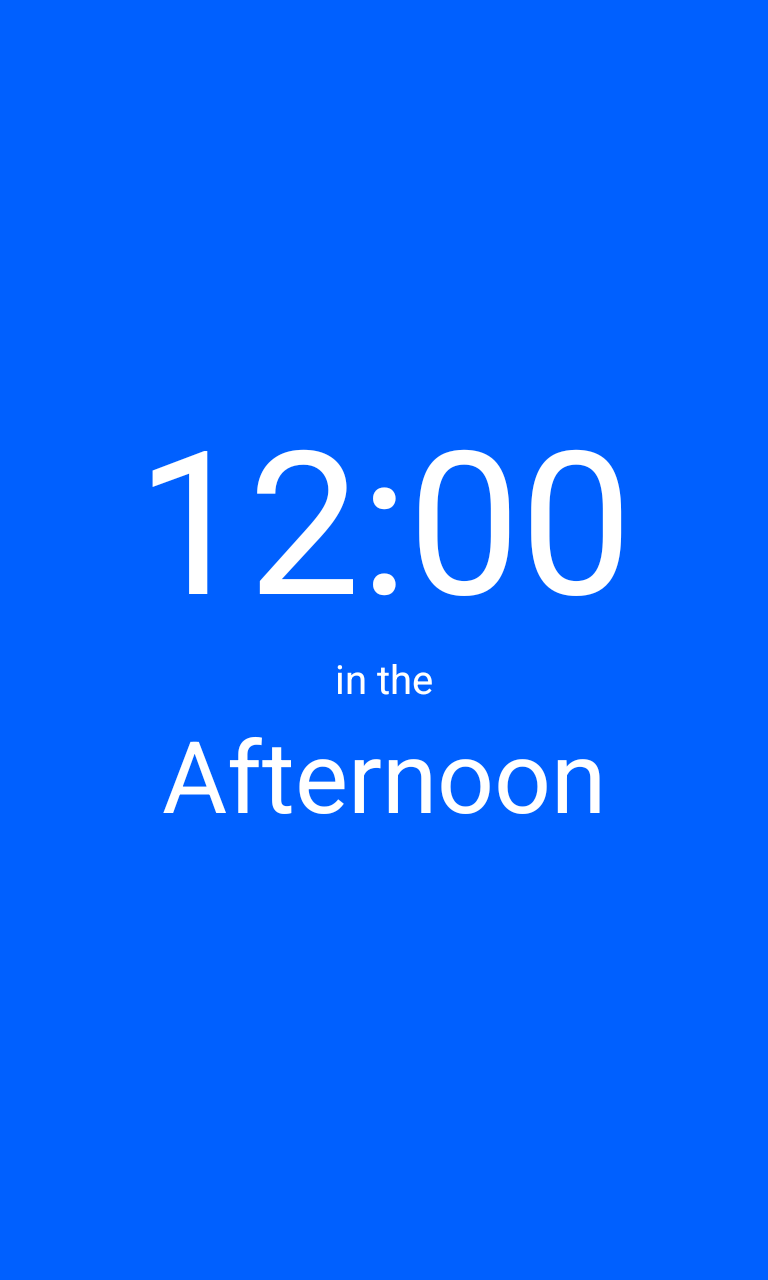
Repository: DinkyDetailsLLC/ADP2
Layout: WakeTimerforKids/res/layout/activity_main.xml
An editor plug-in stored every save of this project. The layout is shown before and after the next save, followed by the edit.
It is drawn on a 768 x 1280 px phone screen (xhdpi) without system bars, with theme AppTheme; the app's code is not run.

Above is the layout before, as saved 2014-02-12 05:48:43.

### WakeTimerforKids/res/layout/activity_main.xml
<RelativeLayout xmlns:android="http://schemas.android.com/apk/res/android"
    xmlns:tools="http://schemas.android.com/tools"
    android:layout_width="match_parent"
    android:layout_height="match_parent"
    android:background="@color/blue"
    android:paddingBottom="@dimen/activity_vertical_margin"
    android:paddingLeft="@dimen/activity_horizontal_margin"
    android:paddingRight="@dimen/activity_horizontal_margin"
    android:paddingTop="@dimen/activity_vertical_margin"
    tools:context=".MainActivity" >

        <TextClock
        android:id="@+id/textclock1"
        android:layout_width="wrap_content"
        android:layout_height="wrap_content"
        android:layout_centerHorizontal="true"
        android:layout_marginTop="175dp"
        android:textColor="@color/white"
        android:textSize="100sp"
        android:format12Hour="h:mm"
        android:text="@string/clock" />

        <TextView
        android:id="@+id/smallClockText"
        android:layout_width="wrap_content"
        android:layout_height="wrap_content"
        android:layout_below="@id/textclock1"
        android:layout_centerInParent="true"
        android:layout_marginTop="1dp"
        android:textColor="@color/white"
        android:textSize="20sp"
        android:text="@string/smallClockText"
        />
        <TextView
        android:id="@+id/largeClockText"
        android:layout_width="wrap_content"
        android:layout_height="wrap_content"
        android:layout_below="@id/smallClockText"
        android:layout_centerInParent="true"
        android:layout_marginTop="1dp"
        android:textColor="@color/white"
        android:textSize="50sp"
        android:text="@string/largeClockText"
        />


</RelativeLayout>

### WakeTimerforKids/res/values/color.xml
<?xml version="1.0" encoding="utf-8"?>
<resources>
   <color name="white">#ffffff</color>
   <color name="black">#000000</color>
   <color name="blue">#0060ff</color>

</resources>

### WakeTimerforKids/res/values/strings.xml
<?xml version="1.0" encoding="utf-8"?>
<resources>

    <string name="app_name">WakeTimerforKids</string>
    <string name="action_settings">Settings</string>
    <string name="hello_world">Hello world!</string>
 	<string name="clock">Clock</string>
 	<string name="smallClockText">in the</string>
 	<string name="largeClockText">Afternoon</string>

</resources>

Loaded but not shown: WakeTimerforKids/res/values/styles.xml (common file); WakeTimerforKids/res/values-v11/styles.xml (common file); WakeTimerforKids/res/values-v14/styles.xml (common file); WakeTimerforKids/res/values/dimens.xml (common file)

After the next save:
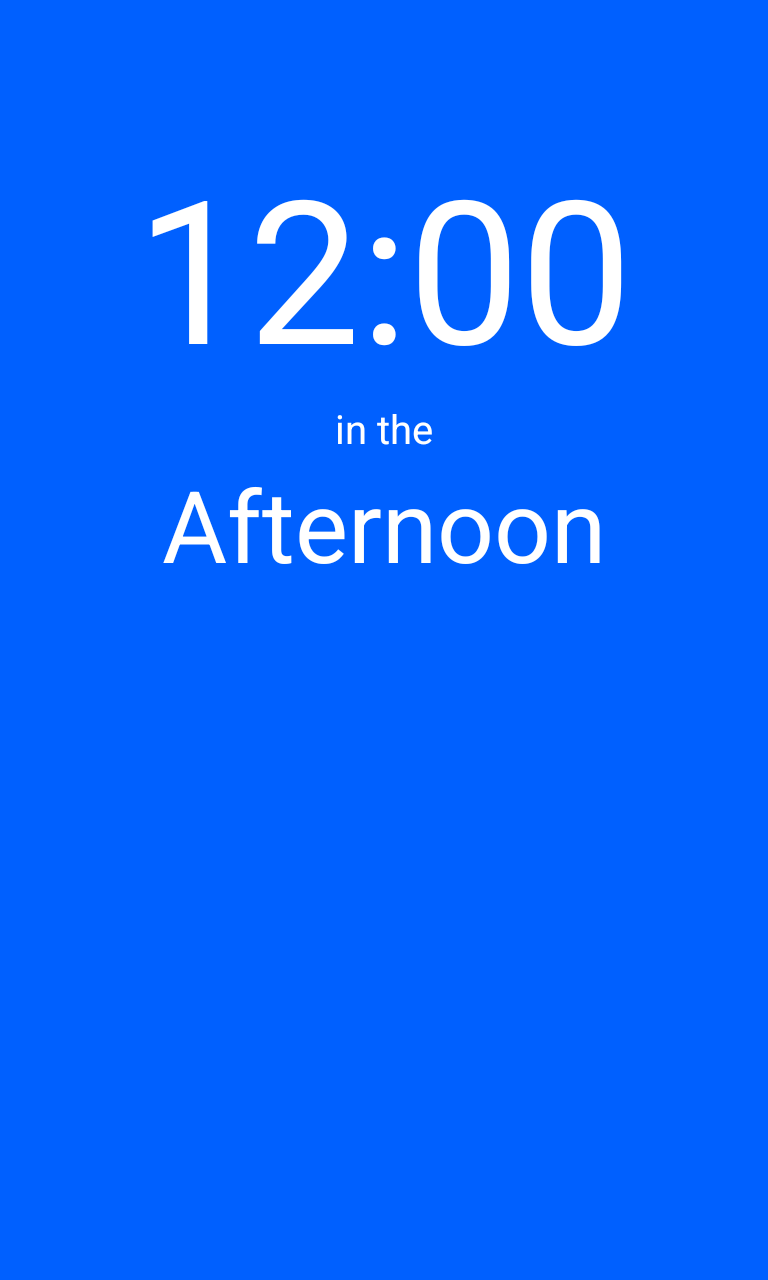
Saved 16 s later.
--- a/WakeTimerforKids/res/layout/activity_main.xml
+++ b/WakeTimerforKids/res/layout/activity_main.xml
@@ -14,7 +14,7 @@
         android:layout_width="wrap_content"
         android:layout_height="wrap_content"
         android:layout_centerHorizontal="true"
-        android:layout_marginTop="175dp"
+        android:layout_marginTop="50dp"
         android:textColor="@color/white"
         android:textSize="100sp"
         android:format12Hour="h:mm"
